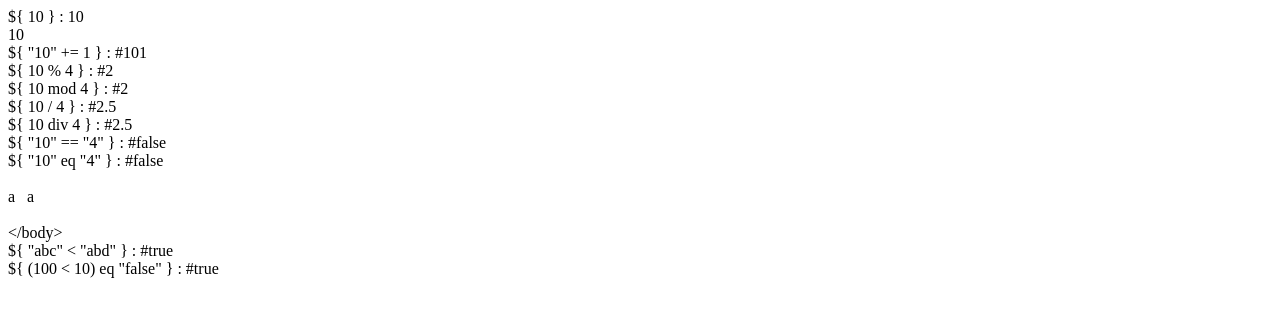
Repository: SeongYeonYun/HUMAN_SQL1
Page: http://localhost/proj4-jsp/el_3.jsp
The author's editor kept a copy of each file at every save. The page is drawn from the files as they stood at one save, then again after the next save.
The browser window is 1280 px wide. The pictures show the whole page.
The page is served by Tomcat 9.

Above is the page before, as saved 2025-08-22 01:13:42.

After the next save:
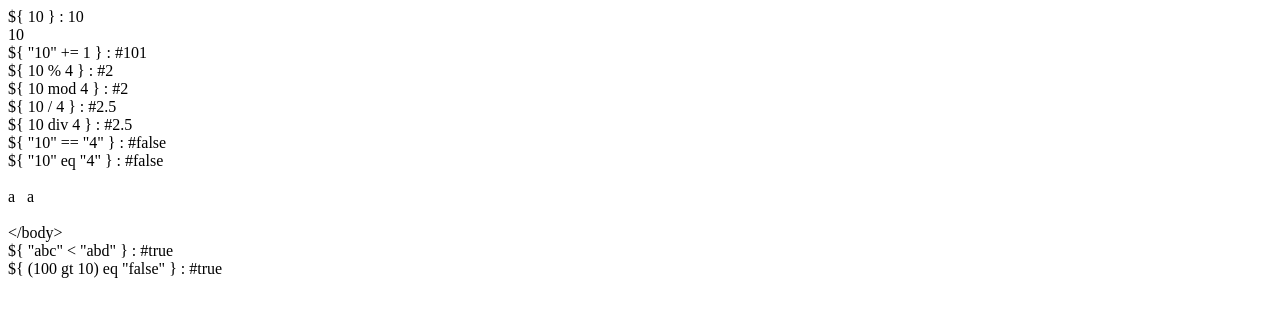
Saved 2 min 3 s later.
--- a/workspace_java/proj4-jsp/src/main/webapp/el_3.jsp
+++ b/workspace_java/proj4-jsp/src/main/webapp/el_3.jsp
@@ -35,7 +35,8 @@ a&nbsp;&nbsp; a<br><br>
 <!-- ne : 같지 않다. not (eq), gt : 크다 작다, nbsp : 띄어쓰기  , ge : 크거나 같다. ,le :작거나 같다 -->
 
 \${ "abc" < "abd" } : #${ "abc" < "abd" } <br>
-\${ (100 < 10) eq "false" } : #${ (100 < 10) eq "false" } <br>
+\${ (100 gt 10) eq "false" } : #${ (100 < 10) eq "false" } <br> <!-- true, false를 반환할떄 문자열로 반환한다.  -->
+
 
 
 </body>
